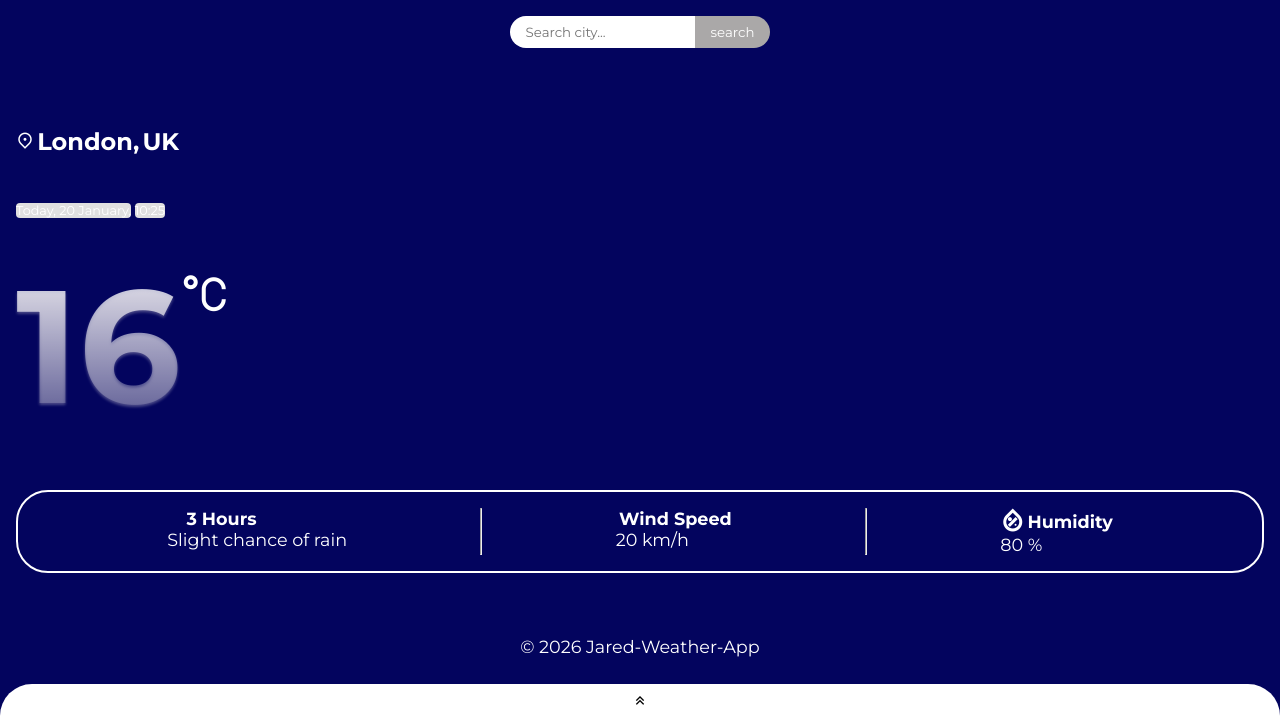
Repository: EguJaredoBoyd/Jared-Weather-App
Page: main.html
An editor plug-in stored every save of this project. The page is shown before and after the next save, followed by the edit.
The browser window is 1280 px wide. The pictures show the whole page.
Some icons come from a web library that is not loaded, so they are not drawn. Some web libraries are served in a nearby version.

Above is the page before, as saved 2026-02-10 12:32:21.

### main.html
<!doctype html>
<html lang="en">
  <head>
    <meta charset="UTF-8" />
    <meta name="viewport" content="width=device-width, initial-scale=1.0" />
    <link rel="preconnect" href="https://fonts.googleapis.com" />
    <link rel="preconnect" href="https://fonts.gstatic.com" crossorigin />
    <link
      href="https://fonts.googleapis.com/css2?family=Montserrat:ital,wght@0,100..900;1,100..900&display=swap"
      rel="stylesheet"
    />
    <link
      href="https://cdn.jsdelivr.net/npm/remixicon@4.8.0/fonts/remixicon.css"
      rel="stylesheet"
    />
    <link rel="stylesheet" href="./css/styles.css" />
    <link rel="stylesheet" href="./css/skeleton-loading.css" />
    <script src="./js/main.js" defer></script>
    <script src="./js/weather.js" defer></script>
    <title>Jared-Weather-App</title>
  </head>
  <body class="weather-app">
    <div class="weather-app__container">
      <header>
        <div class="search-place">
          <input
            type="text"
            placeholder="Search city..."
            aria-label="Search city"
            id="search-input"
          />
          <button id="search-button">search</button>
        </div>
      </header>
      <main>
        <section class="current-weather">
          <div class="place-searched">
            <i class="ri-map-pin-2-line"></i>
            <div class="place-name">
              <h3 class="city-name">London,</h3>
              <h3 id="country-name">UK</h3>
            </div>
          </div>
          <div class="date-today">
            <time
              datetime="2026-01-20"
              id="date-time"
              class="skeleton skeleton-text"
              >Today, 20 January,</time
            >
            <time
              datetime="10:45"
              id="current-time"
              class="skeleton skeleton-text"
              >10:25</time
            >
          </div>
          <div class="place-temperature">
            <span class="place-temperature__measure" id="temp-measure">16</span>
            <span class="place-temperature__degree"
              ><i class="ri-celsius-line"></i
            ></span>
          </div>
          <div class="place-forecast">
            <article class="forecast-item forecast-item--weather">
              <div>
                <img src="" alt="" id="weather-icon" />
                <span>3 Hours</span>
              </div>
              <span id="weather-description">Slight chance of rain</span>
            </article>
            <hr />

            <article class="forecast-item forecast-item--wind">
              <div>
                <span><i class="ri-arrow-right-up-long-line"></i></span>
                <span>Wind Speed</span>
              </div>
              <span id="wind-speed">20 km/h</span>
            </article>
            <hr />

            <article class="forecast-item forecast-item--uv">
              <div>
                <span><i class="ri-water-percent-line"></i></span>
                <span>Humidity</span>
              </div>
              <span id="humidity">80 %</span>
            </article>
          </div>
        </section>
        <section class="swipe-section" aria-hidden="true" id="swipe-section">
          <!-- Slide for the hourly and daily forecast -->
          <button class="sheet-handle" id="sheet-handle" aria-expanded="false">
            <i class="ri-arrow-up-double-line" id="icon-handle"></i>
          </button>

          <div class="swipe-forecast">
            <!-- Pressure Forecast -->
            <article class="sheet-card pressure-forecast">
              <div class="weather-header">
                <span>Pressure</span>
                <span><i class="ri-sun-cloudy-line"></i></span>
              </div>
              <span id="weather-pressure" class="sheet-card__content"
                >10hPa</span
              >
            </article>

            <!-- Visibility and fog Forecast -->
            <article class="sheet-card visibility-forecast">
              <div class="weather-header">
                <span>Visibility</span>
                <span><i class="ri-foggy-fill"></i></span>
              </div>
              <span id="weather-visibility" class="sheet-card__content"
                >1000km</span
              >
            </article>

            <!-- Maximum Temperature -->
            <article class="sheet-card maximum-temperature">
              <div class="weather-header">
                <span>Temperature Max</span>
                <span><i class="ri-sun-line"></i></span>
              </div>
              <div class="sheet-card__content">
                <span id="weather-temp-max">16</span>
                <span><i class="ri-celsius-line"></i></span>
              </div>
            </article>

            <!-- Minimum Temperature-->
            <article class="sheet-card minimum-temperature">
              <div class="weather-header">
                <span>Temperature Min</span>
                <span><i class="ri-cloudy-line"></i></span>
              </div>
              <div class="sheet-card__content">
                <span id="weather-temp-min">9</span>
                <span><i class="ri-celsius-line"></i></span>
              </div>
            </article>
          </div>
        </section>
      </main>
      <footer>
        <div><p>&copy; 2026 Jared-Weather-App</p></div>
      </footer>
    </div>
  </body>
</html>

### css/styles.css
/* ==== CSS RESET ==== */
*,
*::before,
*::after {
  margin: 0;
  padding: 0;
  box-sizing: border-box;
  /* outline: 1px solid red; */
}

:root {
  --background-color: #03045e;
  --text-color: white;
  --font: "Montserrat", sans-serif;
}

html {
  font-size: 16px;
  height: 100%;
}

body {
  background-color: var(--background-color);
  color: var(--text-color);
  height: 100%;
  font-family: var(--font);
}

p {
  font-size: clamp(0.5rem, 2.5vw, 1.1rem);
}

.weather-app__container {
  display: flex;
  flex-direction: column;
  min-height: 100dvh;
}

.search-place {
  display: flex;
  justify-content: center;
  padding: 1rem;
}

.search-place input {
  padding: 0.5rem 1rem;
  border: none;
  border-bottom-left-radius: 1rem;
  border-top-left-radius: 1rem;
  font-family: var(--font);
  outline: none;
}

.search-place button {
  border: none;
  border-top-right-radius: 1rem;
  border-bottom-right-radius: 1rem;
  padding: 0.5rem 1rem;
  font-family: var(--font);
  margin-left: -1rem;
  background: rgb(170, 168, 168);
  color: var(--text-color);
}

main {
  display: flex;
  flex-direction: column;
  padding: 1rem;
}

.current-weather {
  display: flex;
  flex-direction: column;
  justify-content: space-evenly;
  min-height: 75dvh;
}

.place-searched {
  display: flex;
  align-items: center;
  column-gap: 0.2rem;
  font-size: large;
}

.place-name {
  display: flex;
  align-items: center;
  column-gap: 0.2rem;
}

.city-name,
#country-name {
  font-size: clamp(0.5rem, 6vw, 1.5rem);
}

.date-today {
  font-size: clamp(0.5rem, 3vw, 0.8rem);
}

.place-temperature {
  display: flex;
  align-items: center;
  position: relative;
  margin-top: -1rem;
}

.place-temperature__measure {
  font-size: clamp(5rem, 38vw, 10rem);
  font-weight: 700;
  background: linear-gradient(to bottom, white, var(--background-color));
  -webkit-background-clip: text;
  background-clip: text;
  -webkit-text-fill-color: transparent;
  text-shadow: 0 2px 3px rgba(243, 235, 235, 0.3);
}

.place-temperature__degree {
  font-size: clamp(1.5rem, 20vw, 3rem);
  align-self: flex-start;
  padding-top: 1rem;
  font-size: clamp(1rem, 10vw, 3rem);
}

.place-forecast {
  display: flex;
  justify-content: space-evenly;
  border: 2px solid white;
  border-radius: 2rem;
  padding: 1rem;
}

.forecast-item div {
  display: flex;
  align-items: center;
  justify-self: start;
  column-gap: 0.2rem;
  font-size: clamp(0.5rem, 2vw, 1.1rem);
  font-weight: 700;
}

.forecast-item span {
  font-size: clamp(0.5rem, 2.5vw, 1.1rem);
}

.forecast-item div span i {
  font-size: clamp(0.25rem, 2.5vw, 1.5rem);
}

.forecast-item--weather div img {
  width: clamp(0.5rem, 2vw, 1rem);
  height: clamp(0.5rem, 2vh, 1rem);
}

/* Swipe section styles */

.swipe-section {
  position: fixed;
  min-height: 100dvh;
  top: 95%;
  right: 0;
  left: 0;
  transition: transform 2s ease;
  background-color: var(--text-color);
  color: var(--background-color);
  border-radius: 2rem;
}

.swipe-section.is-open {
  transform: translateY(-30%);
}

.no-scroll {
  overflow: hidden;
}

.swipe-section button {
  margin: 0.5rem auto;
  display: flex;
  justify-self: center;
  background: none;
  border: none;
}

.swipe-section button i {
  font-size: 1rem;
}

.swipe-forecast {
  display: grid;
  grid-template-columns: repeat(2, 1fr);
  justify-items: center;
}

.sheet-card {
  font-size: clamp(0.5rem, 2.5vw, 1.1rem);
  padding: 1rem;
  display: flex;
  flex-direction: column;
}

.sheet-card__content {
  align-self: center;
}

.weather-header {
  font-weight: 700;
  margin-bottom: 1rem;
}

footer div p {
  text-align: center;
}

### css/skeleton-loading.css
/* SKELETON LOADING STYLES */
.skeleton {
  background-image: linear-gradient(
    90deg,
    #e0e0e0 25%,
    #f5f5f5 37%,
    #e0e0e0 63%
  );
  border-radius: 4px;
  background-size: 200% 100%;
  animation: shimmer 1.4s ease infinite;
}

.skeleton-text {
}

@keyframes shimmer {
  0% {
    background-position: 100% 0;
  }
  100% {
    background-position: -100% 0;
  }
}

### js/main.js
//Target all the buttons necessary
const swipeSection = document.getElementById("swipe-section");
const sheetHandle = document.getElementById("sheet-handle");
const iconHandle = document.getElementById("icon-handle");

//Create a function to handle swipe
function handleSwipe() {
  sheetHandle.addEventListener("click", () => {
    const isOpen = swipeSection.classList.toggle("is-open");

    //Add accessibilty and optimization
    swipeSection.setAttribute("aria-hidden", !isOpen);
    sheetHandle.setAttribute("aria-expanded", isOpen);

    //Statement to switch icons
    iconHandle.className = isOpen
      ? "ri-arrow-down-double-line"
      : "ri-arrow-up-double-line";

    //Add a class to handle the scroll
    document.body.classList.toggle("no-scroll");
  });
}

handleSwipe();

### js/weather.js
//My API key 56d08a907c0260865bb8f620502bfcbf
const WEATHER_API_KEY = "56d08a907c0260865bb8f620502bfcbf";

//Target my button and search input for city
const searchInput = document.getElementById("search-input");
const searchButton = document.getElementById("search-button");

//Target The innerHTMLs for manipulation of time elements
const cityName = document.querySelector(".city-name");
const countryName = document.getElementById("country-name");
const dateTime = document.getElementById("date-time");
const currentTime = document.getElementById("current-time");

//Target the innerHTMLs for manipulation of weather elements
const tempMeasure = document.getElementById("temp-measure");
const weatherIcon = document.getElementById("weather-icon");
const weatherDescription = document.getElementById("weather-description");
const windSpeed = document.getElementById("wind-speed");
const humidity = document.getElementById("humidity");
const weatherPressure = document.getElementById("weather-pressure");
const weatherVisibility = document.getElementById("weather-visibility");
const weatherTempMax = document.getElementById("weather-temp-max");
const weatherTempMin = document.getElementById("weather-temp-min");

//Create function to ask for weather app
async function fetchWeather(city) {
  try {
    const apiResponse = await fetch(
      `https://api.openweathermap.org/data/2.5/forecast?q=${city}&units=metric&appid=${WEATHER_API_KEY}`,
    );

    const apiData = await apiResponse.json();
    console.log(apiData);

    //Get the API weather city endpoints
    const countryCity = apiData.city;

    const cityDate = apiData.list[0];

    //Display the country in UI
    cityName.textContent = `${city},`;
    countryName.textContent = `${countryCity.country}`;

    //Get the API weather date endpoints
    const currentDateTime = cityDate.dt * 1000;
    const date = new Date(currentDateTime);
    const dateToday = date.toLocaleDateString("en-GB", {
      weekday: "short",
      month: "short",
      day: "numeric",
    });

    //Get time from new date
    function newDateTime() {
      const utcTime = Date.now();
      const timeZone = apiData.city.timezone;
      const cityTime = utcTime + timeZone * 1000;
      const cityDateTime = new Date(cityTime);

      const hours = cityDateTime.getUTCHours();
      const minutes = cityDateTime.getUTCMinutes();
      const seconds = cityDateTime.getUTCSeconds();

      //Display the date in the UI
      dateTime.textContent = `Today, ${dateToday},`;
      currentTime.textContent = `${hours}:${minutes.toString().padStart(2, "0")}:${seconds.toString().padStart(2, "0")}`;
    }

    newDateTime();

    //Function to get weather details
    function getWeatherForcast() {
      const temperature = Math.round(apiData.list[0].main.temp);
      tempMeasure.textContent = `${temperature}`;

      const description = apiData.list[0].weather[0].description;
      weatherDescription.textContent = `${description}`;

      const getIcon = apiData.list[0].weather[0].icon;
      weatherIcon.src = `https://openweathermap.org/img/wn/${getIcon}@2x.png`;
      weatherIcon.alt = `${description}`;

      const getWindSpeed = apiData.list[0].wind.speed;
      const getWindSpeedKMH = Math.round(getWindSpeed * 3.6);
      windSpeed.textContent = `${getWindSpeedKMH} km/h`;

      const getHumidity = apiData.list[0].main.humidity;
      humidity.textContent = `${getHumidity} %`;

      //Swipe Section
      const pressure = apiData.list[0].main.pressure;
      weatherPressure.textContent = `${pressure} hPa`;

      const visibility = apiData.list[0].visibility / 1000;
      weatherVisibility.textContent = `${visibility} km`;

      const tempMax = Math.round(apiData.list[0].main.temp_max);
      weatherTempMax.textContent = `${tempMax}`;

      const tempMin = Math.round(apiData.list[0].main.temp_min);
      weatherTempMin.textContent = `${tempMin}`;
    }

    getWeatherForcast();

    //Update date every minute
    setInterval(() => {
      newDateTime();
    }, 1000);
  } catch (error) {
    console.error(error.message);
  }
}

//Search for city
searchButton.addEventListener("click", () => {
  const city = searchInput.value.trim();
  if (!city) return;

  fetchWeather(city);
});

After the next save:
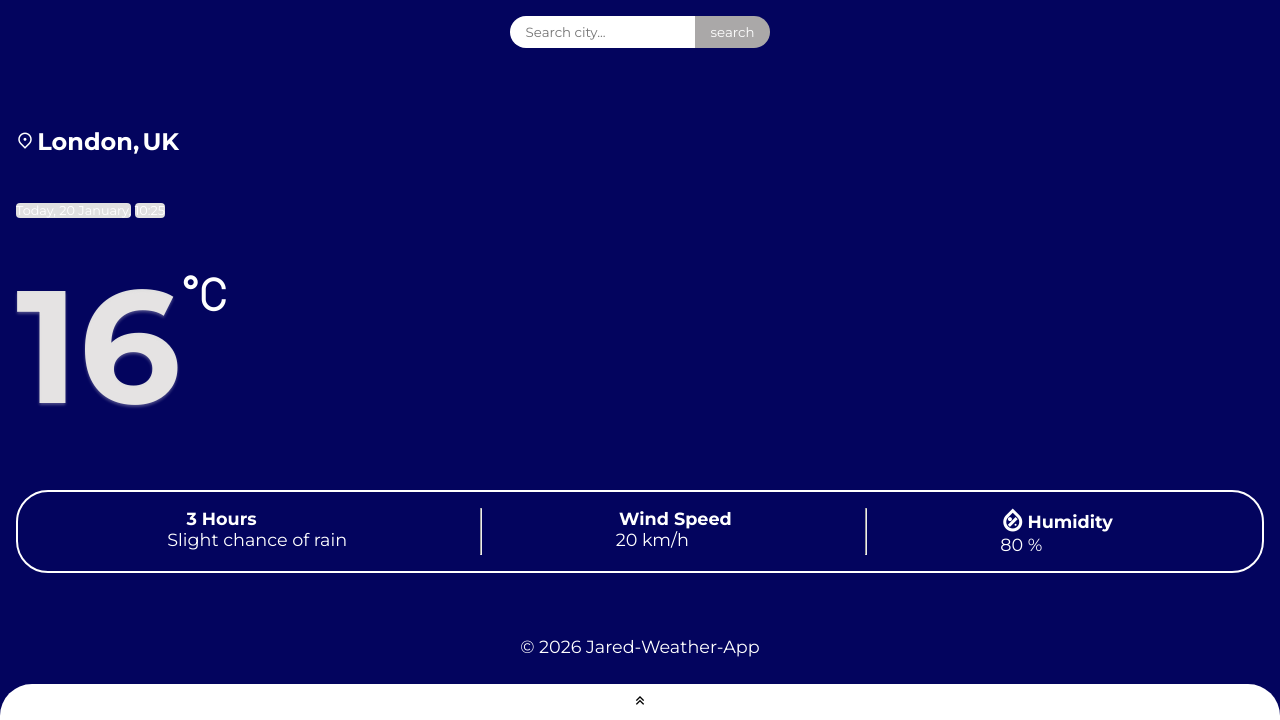
Saved 66 s later.
--- a/main.html
+++ b/main.html
@@ -56,7 +56,11 @@
             >
           </div>
           <div class="place-temperature">
-            <span class="place-temperature__measure" id="temp-measure">16</span>
+            <span
+              class="place-temperature__measure skeleton skeleton-text"
+              id="temp-measure"
+              >16</span
+            >
             <span class="place-temperature__degree"
               ><i class="ri-celsius-line"></i
             ></span>
